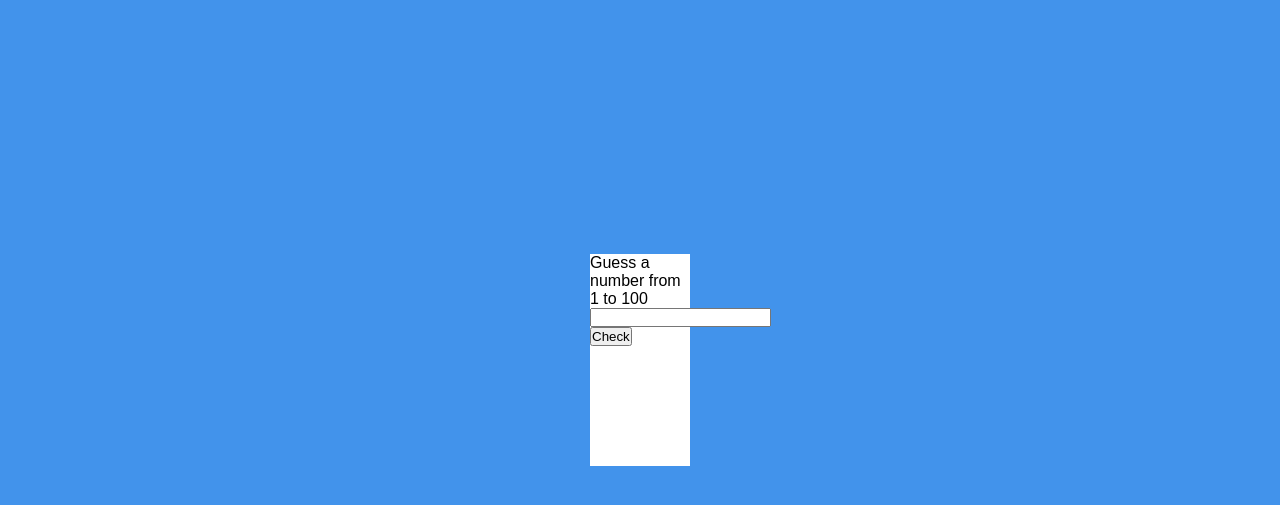
Repository: Ankitkr2021/Guess_Game
Page: index.html
These files come from the project's save history. The page is drawn as it stood at one moment and after the next save; the edit follows.
The browser window is 1280 px wide. The pictures show the whole page.

Above is the page before, as saved 2025-09-30 17:13:02.

### index.html
<!DOCTYPE html>
<html lang="en">
<head>
    <meta charset="UTF-8">
    <meta name="viewport" content="width=device-width, initial-scale=1.0">
    <title>Document</title>
    <link rel="stylesheet" href="./style.css">
</head>
<body>
    <div class="box">
        <p>Guess a number from 1 to 100</p>
        <input type="number">
        <button type="submit">Check</button>
    </div>
</body>
</html>

### style.css
@import url("https://fonts.googleapis.com/css2?family=Poppins:wght@300;400;500;600;700&display=swap">
);

*{
    margin: 0;
    padding: 0;
    box-sizing: border-box;
    font-family: 'Poppins',sans-serif;
}

body{
    display: flex;
    justify-content: center;
    align-items: center;
    height: 100vh;
    width: 100%;
    background: #4293eb;
}

.box{
    background: #fff;
    height: 212px;
    width: 100px;

}

After the next save:
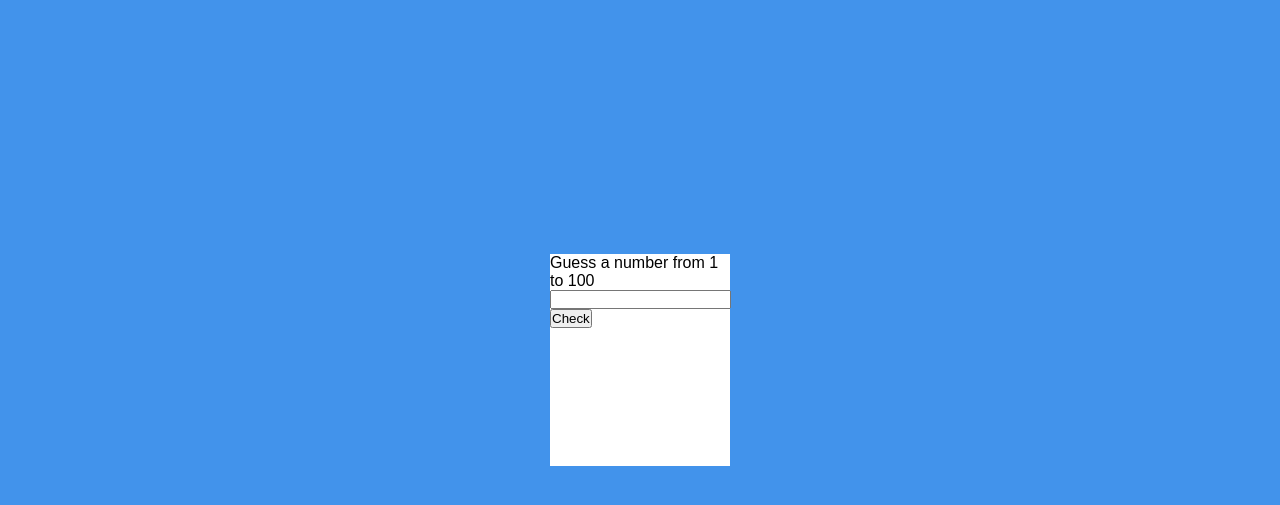
Saved 5 s later.
--- a/style.css
+++ b/style.css
@@ -20,6 +20,6 @@ body{
 .box{
     background: #fff;
     height: 212px;
-    width: 100px;
+    width: 180px;
 
 }
